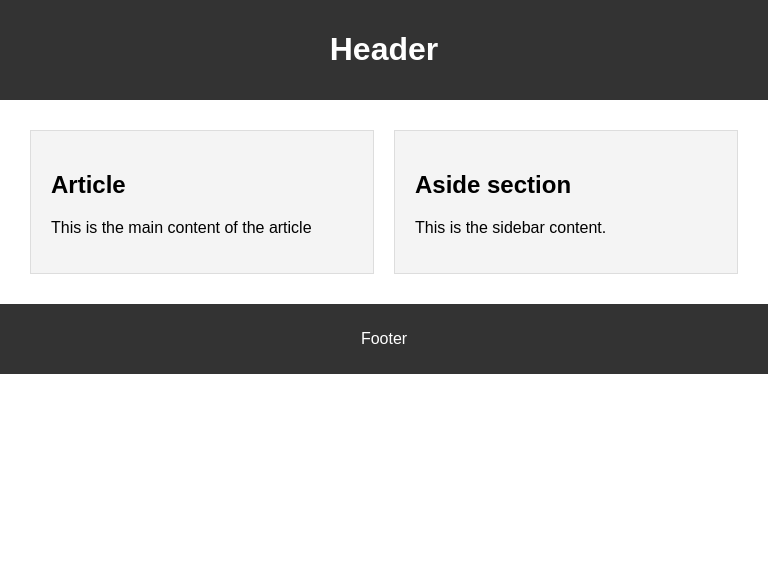
Repository: RishabhModi2899/Repo_Marlabs
Page: index.html
An editor plug-in stored every save of this project. The page is shown before and after a run of saves, followed by the edit.
The browser window is 768 px wide. The pictures show the whole page.

Above is the page before, as saved 2024-07-31 11:33:31.

### index.html
<!DOCTYPE html>
<html lang="en">
    <meta charset="UTF-8">
    <meta name="viewport" content="width=device-width", initial-scale="1.0">
    <title>Responsive flex design</title>
    <link rel="stylesheet" href="styles.css">
</html>
<body>
    <header>
        <h1>Header</h1>
    </header>
    <div class="container">
        <article>
            <h2>
                Article
            </h2>
            <p>
                This is the main content of the article
            </p>
        </article>
        <aside>
            <h2>Aside section</h2>
            <p>This is the sidebar content.</p>
        </aside>
    </div>
    <footer>
        <p>
            Footer
        </p>
    </footer>
</body>

### styles.css
body {
    font-family: Arial, Helvetica, sans-serif;
    margin: 0;
    padding: 0;
    box-sizing: border-box;
}

.container {
    display: flex;
    flex-wrap: wrap;
    justify-content: space-between;
    padding: 20px;
}

article, aside {
    background-color: #f4f4f4;
    margin: 10px;
    padding: 20px;
    border: 1px solid #ddd;
    flex: 1;
}

header, footer {
    background-color: #333;
    color: white;
    text-align: center;
    padding: 10px 0;
}

@media (max-width: 768px) {
    .container
}

After the next 2 saves:
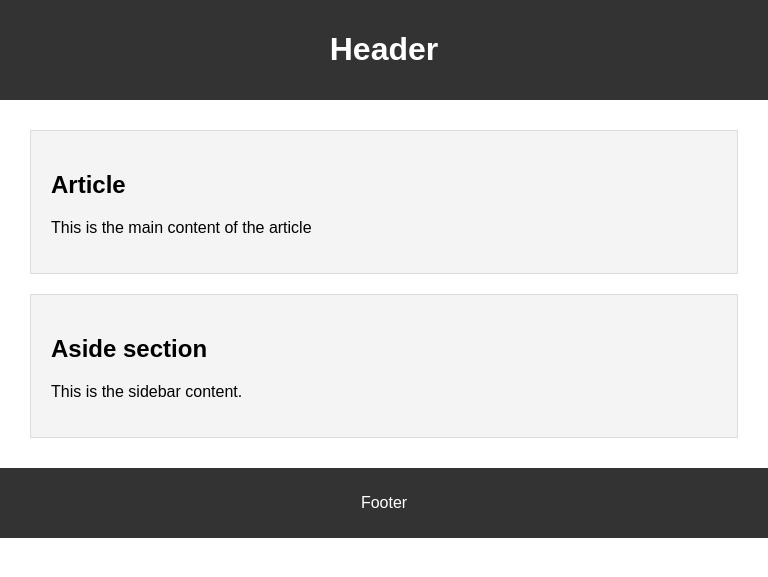
The 2 saves are shown as one change because they came seconds apart.
The last was saved 9 s later.
--- a/styles.css
+++ b/styles.css
@@ -28,5 +28,7 @@ header, footer {
 }
 
 @media (max-width: 768px) {
-    .container
+    .container {
+        flex-direction: column;
+    }
 }
